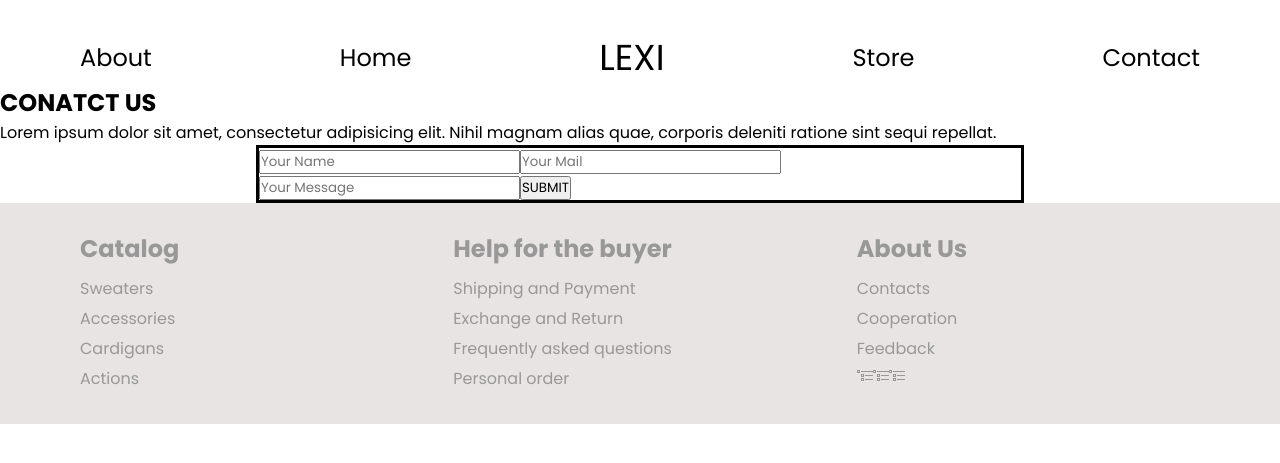
Repository: BuduCE/lexi
Page: /contact
These files come from the project's save history. The page is drawn as it stood at one moment and after a run of saves; the edit follows.
The browser window is 1280 px wide. The pictures show the whole page.
The project was rebuilt for these pictures with package versions that can differ from the ones it lists, and the page was loaded fresh each time. The framework's server and built-in components were replaced by stand-ins that run in the browser. Also part of the build but not shown: nuxt.config.ts, components/CartIcon.vue, components/Icons/Cart.vue, components/Icons/Close.vue, components/Icons/CloseHam.vue, components/Icons/RightArrow.vue, components/Product.vue.

Above is the page before, as saved 2023-05-24 06:37:58.

### assets/main.css
@import url('https://fonts.googleapis.com/css2?family=Montserrat:ital,wght@0,200;0,300;0,400;0,500;0,600;0,700;0,800;0,900;1,200;1,300;1,400;1,500;1,600;1,700;1,800;1,900&family=Poppins:wght@100;200;300;400;500;700;900&display=swap');

*{
    margin: 0;
    padding: 0;
    box-sizing: border-box;
    font-family: poppins;
}

### components/Footer.vue
<template>
    <footer>
        <div class="catalog footer_pane">
            <h2>Catalog</h2>
            <p>Sweaters</p>
            <p>Accessories</p>
            <p>Cardigans</p>
            <p>Actions</p>
        </div>
        <div class="help footer_pane">
            <h2>Help for the buyer</h2>
            <p>Shipping and Payment</p>
            <p>Exchange and Return</p>
            <p>Frequently asked questions</p>
            <p>Personal order</p>
        </div>
        <div class="about footer_pane">
            <h2>About Us</h2>
            <p>Contacts</p>
            <p>Cooperation</p>
            <p>Feedback</p>
            <div class="socials">
                <IconsHamburger />
                <IconsHamburger />
                <IconsHamburger />
            </div>
        </div>
    </footer>
</template>

<style>
footer{
    background: #E9E4E4;
    color: #989898;
    padding: 28px 80px;
    display: grid;
    grid-template-columns: 1fr 1fr 1fr;
}
.footer_pane h2{
    padding-bottom: 10px;
}
.footer_pane p{
    padding-bottom: 5px;
}
.help{
    padding-right: 30px;
}
.about{
    padding-left: 30px;
}
@media screen and (max-width: 768px) {
    footer{
        display: grid;
        grid-template-columns: 1fr 1fr;
        padding: 28px 80px;
    }
    .help {
        padding-right: 0;
    }

    .about {
        padding-left: 0;
    }
}
@media screen and (max-width: 596px) {
    footer{
        grid-template-columns: 1fr;
        padding: 10px 60px;
    }
}
@media screen and (max-width: 463px) {
    footer{
        padding: 10px 10px;
    }
}
</style>

### components/Header.vue
<script setup>
// Hamburger Menu
const showMenu = ref(false)

const handleMenu = () => showMenu.value = !showMenu.value

</script>

<template>
    <div>
        <header class="nav">
            <NuxtLink to="/about" class="nav_option">About</NuxtLink>
            <NuxtLink to="/" class="nav_option">Home</NuxtLink>
            <a class="logo" id="logo">LEXI</a>
            <NuxtLink to="/store" class="nav_option">Store</NuxtLink>
            <NuxtLink to="" class="nav_option">Contact</NuxtLink>
        </header>

        <header class="nav_mob">
            <a href="#" class="logo" id="mob_logo">LEXI</a>

            <div v-show="showMenu" class="desk_nav" id="mobi-links">

                <button class="logomob hamburger_close" id="close_hamburger" style="color: red;" @click="handleMenu">X CLOSE X</button>


                <NuxtLink to="/" class="nav_option">Home</NuxtLink>

                <NuxtLink to="/about" class="nav_option">About</NuxtLink>

                <NuxtLink to="/store" class="nav_option">Store</NuxtLink>

                <NuxtLink to="/contact" class="nav_option">Contact</NuxtLink>

            </div>

            <button class="hamburger"  id="hamburger" @click="showMenu = true">
                <svg stroke="currentColor" fill="none" stroke-width="2.5" viewBox="0 0 24 24" stroke-linecap="round"
                    stroke-linejoin="round" class="h-6 w-6" height="2em" width="2em" xmlns="http://www.w3.org/2000/svg">
                    <line x1="3" y1="12" x2="21" y2="12"></line>
                    <line x1="3" y1="6" x2="21" y2="6"></line>
                    <line x1="3" y1="18" x2="21" y2="18"></line>
                </svg>
            </button>
            <!-- <IconsHamburger class="hamburger"  id="hamburger" @click="showMenu = true"/> -->
        </header>
    </div>
</template>

<style>
.nav{
    display: flex;
    align-items: center;
    justify-content: space-between;
    padding: 30px 80px 0px 80px;
}
.nav a{
    text-decoration: none;
    color: #000;
    font-size: 1.5rem;
}
.nav_mob a{
    text-decoration: none;
    color: #000;
}
.nav a:hover{
    font-weight: bolder;
    transition: 1s;
}
.nav_mob a:hover{
    font-weight: bolder;
    transition: 1s;
}
#logo{
    font-size: 2.25rem;
    font-weight: normal;
}
#mob_logo{
    font-size: 1.8rem;
    font-weight: normal;
}
.nav_mob{
    display: none;
}
/* Responsiveness */
@media screen and (max-width: 768px) {
    .nav {
        padding: 10px 80px 0 80px;
    }
}
@media screen and (max-width: 596px) {
    .nav{
        padding: 10px 60px 0 60px;
    }
    .nav a{
        font-size: 1.2rem;
    }
}
@media screen and (max-width: 463px) {
    .nav{
        display: none;
    }
    .nav_mob{
        display: flex;
        justify-content: space-between;
        align-items: center;
        padding: 0 10px;
        padding-top: 10px;
    }
    .desk_nav{
        /* display: none; */
        display: flex;
        width: 35%;
        flex-direction: column;
        padding: 10px 0;
        text-align: center;
        position: fixed;
        top: 0;
        right: 0;
        background: #fff;
        z-index: 5;
        position: fixed;
        animation: fadeIn 2s;
        box-shadow: -8px 9px 14px -3px rgba(0, 0, 0, 0.78);
            -webkit-box-shadow: -8px 9px 14px -3px rgba(0, 0, 0, 0.78);
            -moz-box-shadow: -8px 9px 14px -3px rgba(0, 0, 0, 0.78);
    }
    .desk_nav a {
        padding: 10px;
        cursor: pointer;
    }
    .hamburger_close{
        font-size: 0.75rem;
    }
    .hamburger{
        background: none;
        border: none;
        cursor: pointer;
    }
    #close_hamburger{
        border: none;
        background: none;
    }
}
</style>

### components/Icons/Hamburger.vue

<template>
    <svg xmlns="http://www.w3.org/2000/svg" width="1em" height="1em" viewBox="0 0 2048 2048">
        <path fill="currentColor"
            d="M512 384h1536v128H512V384zm512 640V896h1024v128H1024zm0 512v-128h1024v128H1024zM0 640V256h384v384H0zm128-256v128h128V384H128zm384 768V768h384v384H512zm128-256v128h128V896H640zm-128 768v-384h384v384H512zm128-256v128h128v-128H640z">
        </path>
    </svg>
</template>

<script>
export default {
    name: 'FluentMdl2BulletedTreeList'
}
</script>

### pages/contact.vue
<template>
    <Header />

    <div class="form">
        <h2>CONATCT US</h2>
        <p>Lorem ipsum dolor sit amet, consectetur adipisicing elit. Nihil magnam alias quae, corporis deleniti ratione sint sequi repellat.</p>

        <form action="">
            <input type="text" placeholder="Your Name">

            <input type="text" placeholder="Your Mail">

            <input type="text" placeholder="Your Message">

            <button>SUBMIT <IconRightArrow /></button>
        </form>

    </div>

    <Footer />
</template>

<style>
form{
    width: 60%;
    margin: auto;
    border: 3px solid ;
}
</style>

Loaded but not shown: app.vue (common file)

After the next 2 saves:
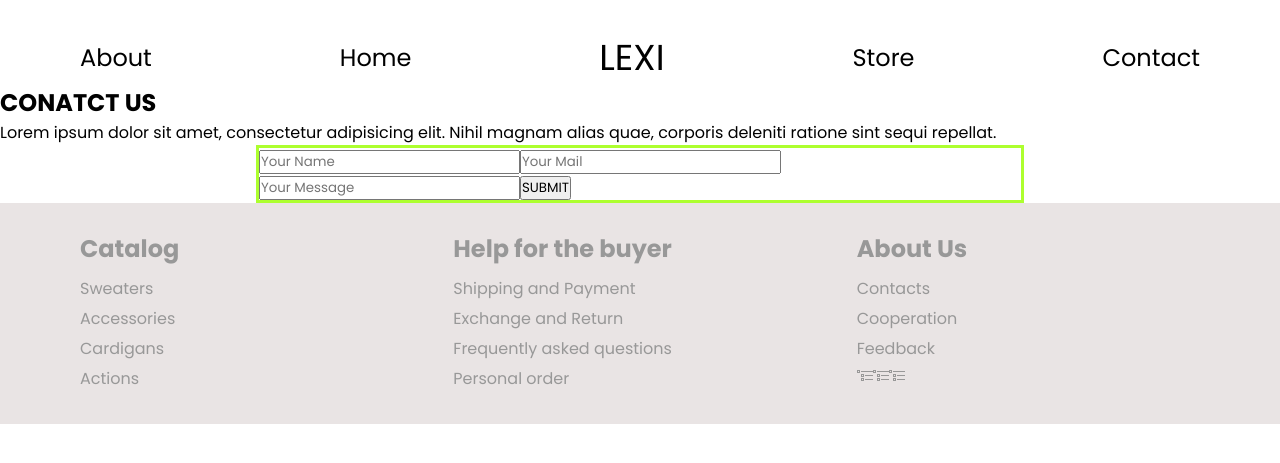
The 2 saves are shown as one change because they came seconds apart.
The last was saved 7 s later.
--- a/pages/contact.vue
+++ b/pages/contact.vue
@@ -24,6 +24,6 @@
 form{
     width: 60%;
     margin: auto;
-    border: 3px solid ;
+    border: 3px solid greenyellow;
 }
 </style>
